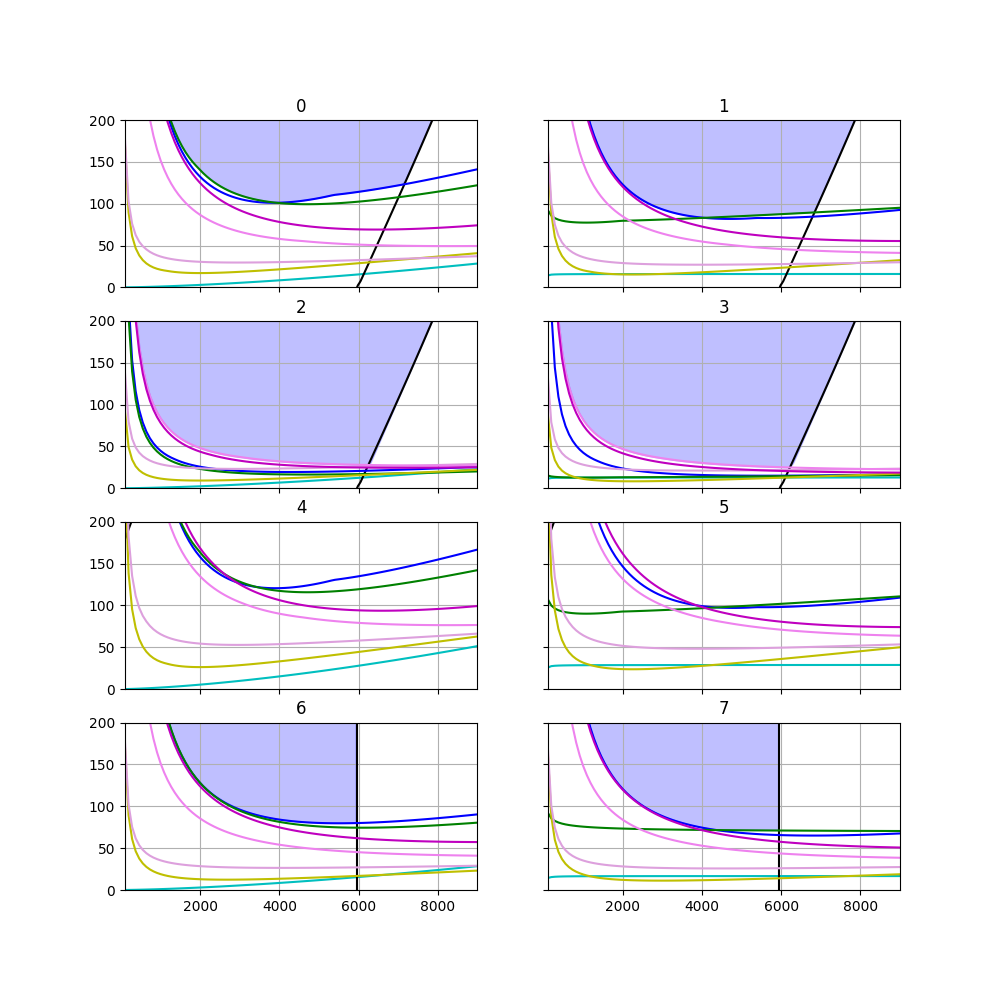
Repository: 12libao/DEA
Script's output: python Sizing_Method/ConstrainsAnalysis/ConstrainsAnalysisPDP1P2.py
The author's editor kept a copy of each file at every save. The script's output is drawn from the files as they stood at one save, then again after a run of saves.
Random numbers start from a fixed seed.

Above is the script's output before, as saved 2021-07-12 14:38:55.

After the next 4 saves:
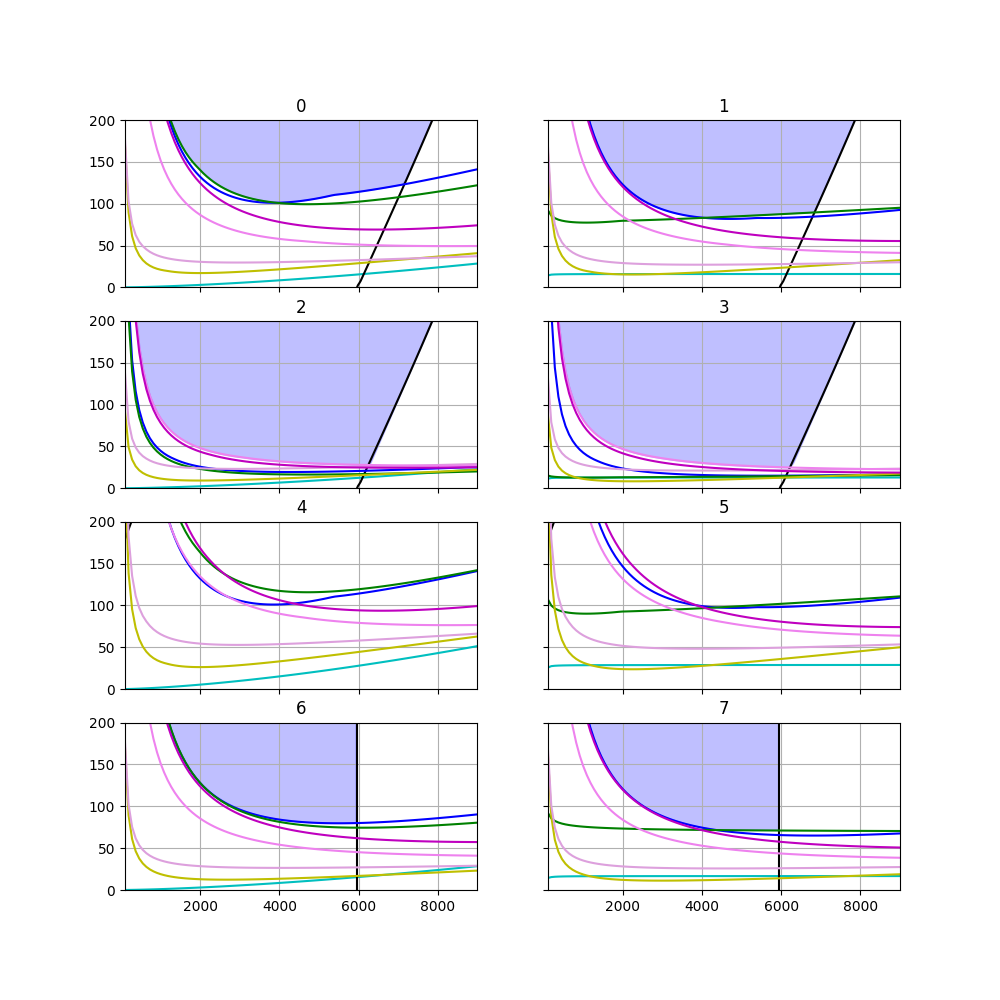
The 4 saves are shown as one change because they came seconds apart.
The last was saved 15 s later.
--- a/Sizing_Method/ConstrainsAnalysis/ConstrainsAnalysisPDP1P2.py
+++ b/Sizing_Method/ConstrainsAnalysis/ConstrainsAnalysisPDP1P2.py
@@ -532,8 +532,8 @@ if __name__ == "__main__":
                 elif k == 4:
                     if i == 2:
                         p_w[i, j, 4] = p_w[i, j, 0]
-
-                    p_w[i, j, 4] = p_w[i, j, 0] + p_w[i, j, 2]
+                    else:
+                        p_w[i, j, 4] = p_w[i, j, 0] + p_w[i, j, 2]
                 else:
                     p_w[i, j, 5] = p_w[i, j, 1] + p_w[i, j, 3]
 
